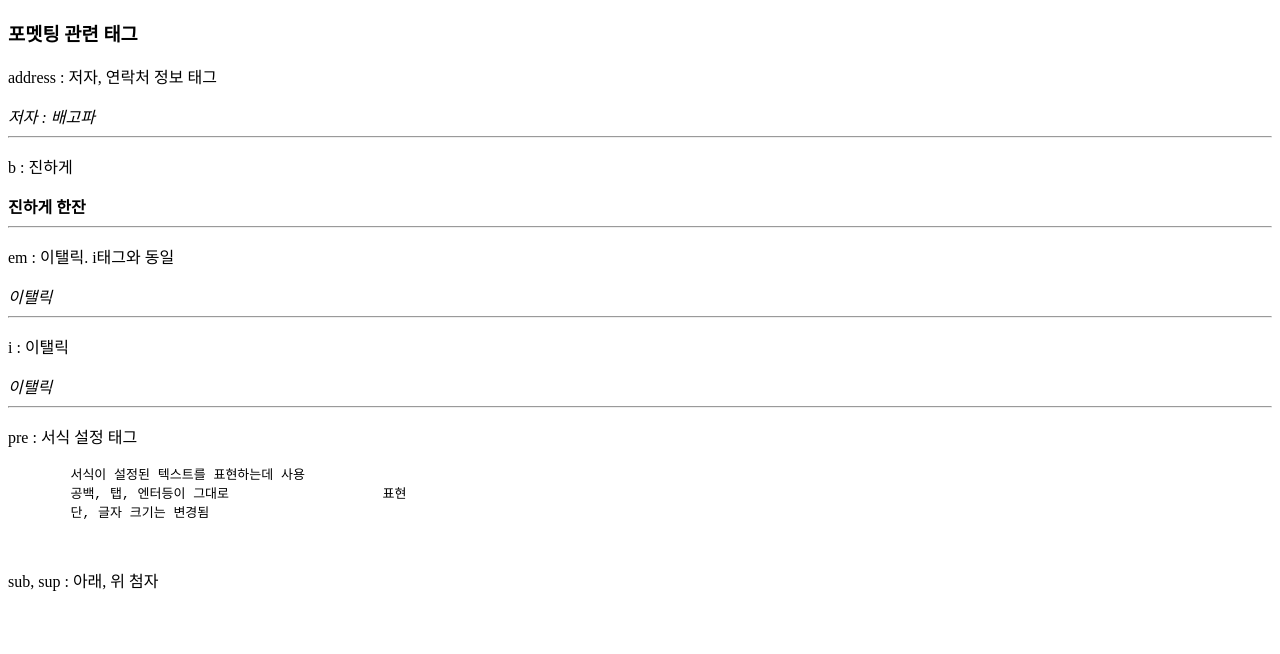
Repository: JiYoon0712/HTML_CSS_javascript
Page: work/study/src/main/webapp/htmlEx/ch02/ex07.html
These files come from the project's save history. The page is drawn as it stood at one moment and after the next save; the edit follows.
The browser window is 1280 px wide. The pictures show the whole page.

Above is the page before, as saved 2023-04-03 03:42:00.

After the next save:
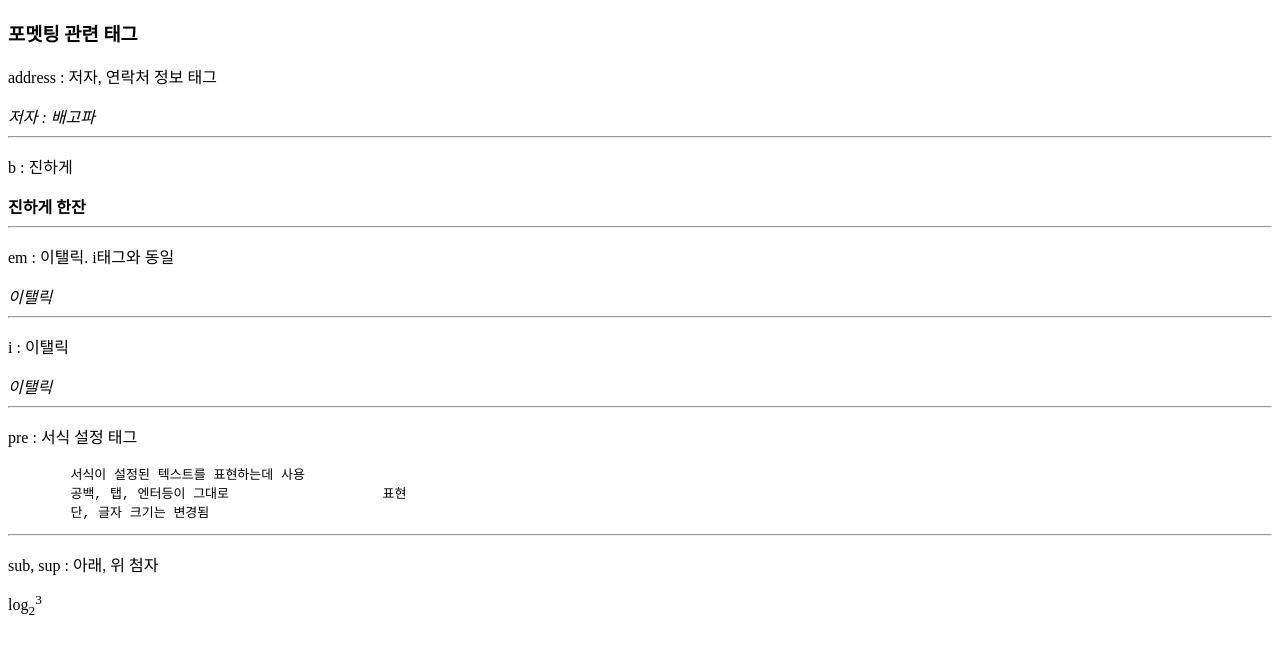
Saved 37 s later.
--- a/work/study/src/main/webapp/htmlEx/ch02/ex07.html
+++ b/work/study/src/main/webapp/htmlEx/ch02/ex07.html
@@ -30,9 +30,11 @@
 	공백, 탭, 엔터등이 그대로 			표현
 	단, 글자 크기는 변경됨
 </pre>
-<br>
+<hr>
 
 <p> sub, sup : 아래, 위 첨자 </p>
-
+<p>
+	log<sub>2</sub><sup>3</sup>
+</p>
 </body>
 </html>
